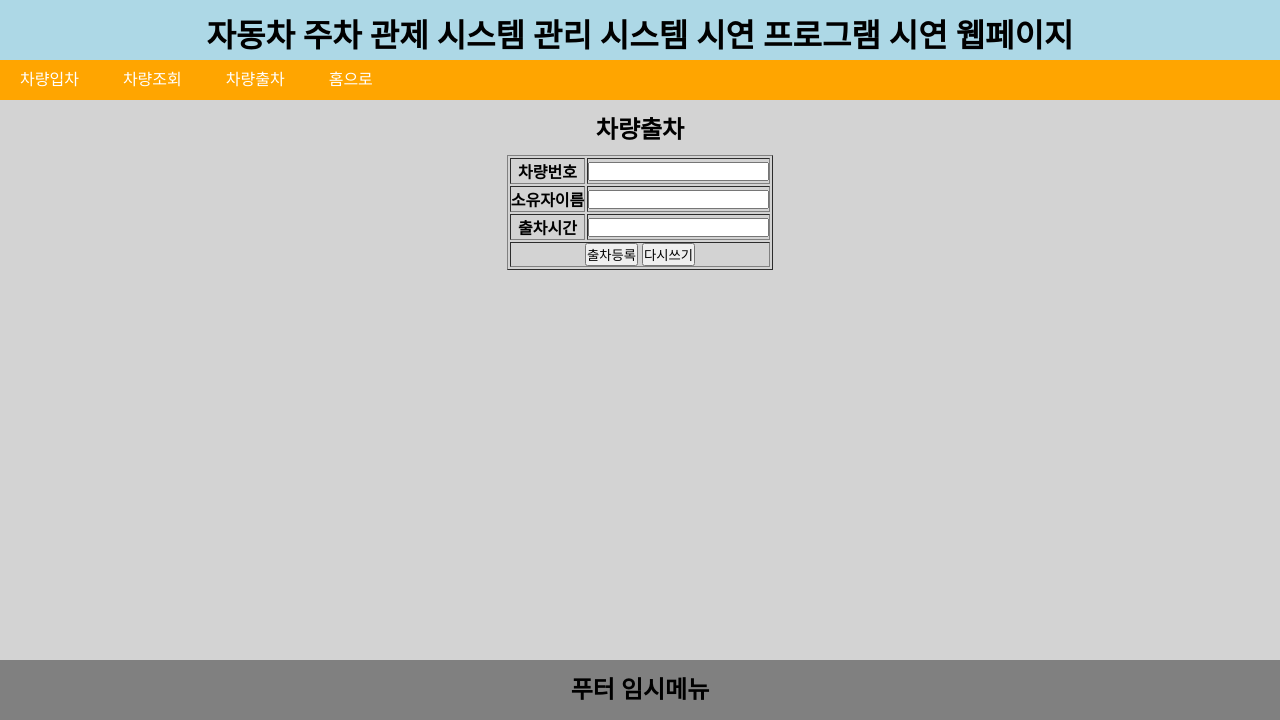
Repository: Ghraminal/mytest
Page: http://localhost/farking/out.jsp
The author's editor kept a copy of each file at every save. The page is drawn from the files as they stood at one save, then again after a run of saves.
The browser window is 1280 px wide. The pictures show the whole page.
The page is served by Tomcat 9.

Above is the page before, as saved 2025-08-20 06:52:40.

After the next 2 saves:
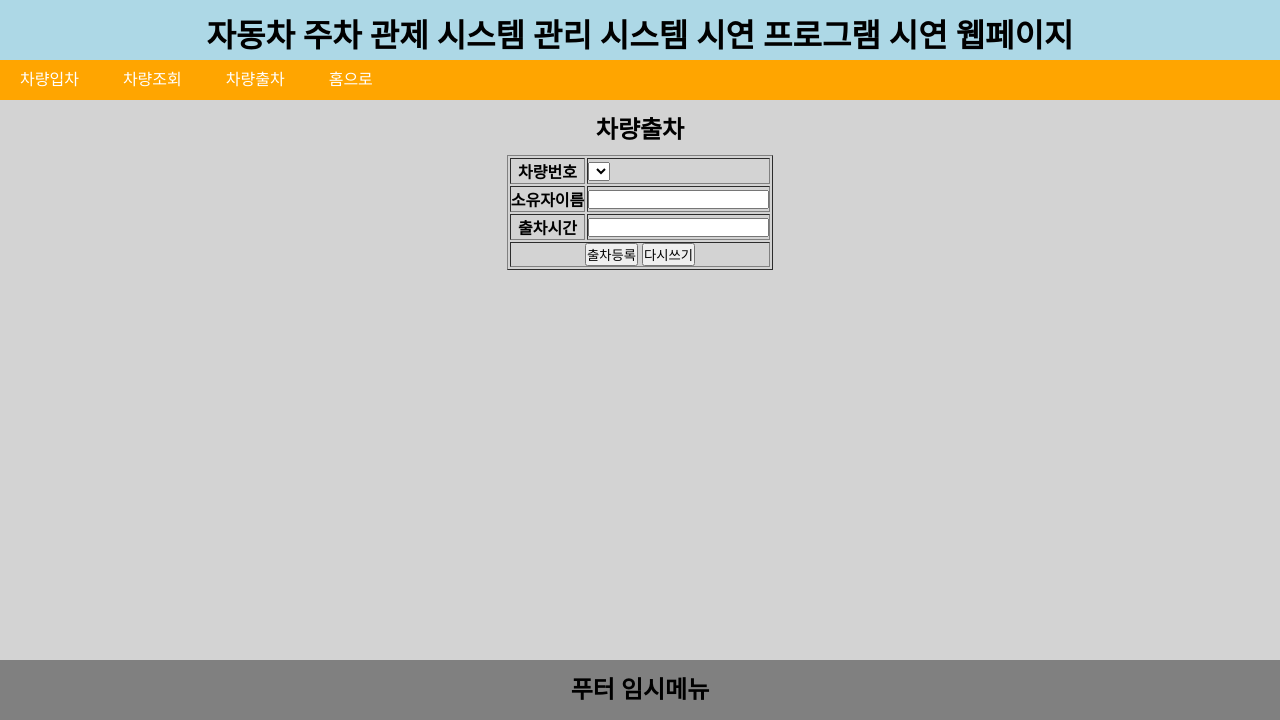
The 2 saves are shown as one change because they came seconds apart.
The last was saved 35 min 39 s later.
--- a/farking/src/main/webapp/out.jsp
+++ b/farking/src/main/webapp/out.jsp
@@ -40,7 +40,9 @@
 	<table border="1">
 		<tr>
 			<th>차량번호</th>
-			<td><input type="text" name="car_number"></td>
+			<td><select>
+
+			</select></td>
 		</tr>
 		<tr>
 			<th>소유자이름</th>
